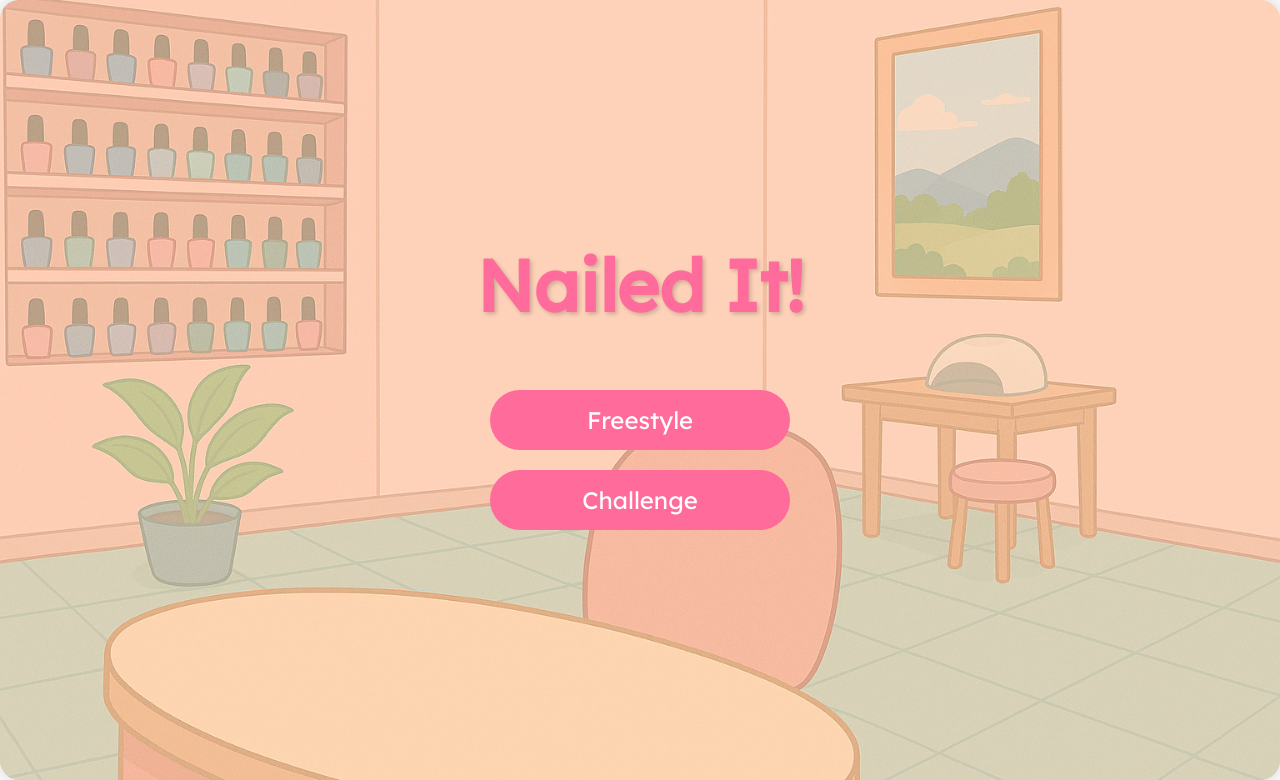
Repository: primcharlin/nailedit
Page: index.html
An editor plug-in stored every save of this project. The page is shown before and after the next save, followed by the edit.
The browser window is 1280 px wide. The pictures show the whole page.

Above is the page before, as saved 2025-05-05 22:51:23.

### index.html
<!DOCTYPE html>
<html lang="en">
    <head>
        <meta charset="UTF-8" />
        <meta
            name="viewport"
            content="width=device-width, initial-scale=1.0" />
        <title>Nail Salon Game</title>
        <link
            rel="stylesheet"
            href="styles.css" />
        <link
            href="https://fonts.googleapis.com/css2?family=Lexend&display=swap"
            rel="stylesheet" />
    </head>
    <body>
        <div id="game-container">
            <!-- Main Menu -->
            <div
                id="main-menu"
                class="menu">
                <h1>Nailed It!</h1>
                <button id="freestyle-button">Freestyle</button>
                <button id="challenge-button">Challenge</button>
            </div>

            <div
                id="character-selection"
                class="menu"
                style="display: none">
                <h1>Choose Your Character</h1>
                <div class="character-grid">
                    <div
                        class="character-option"
                        data-character="1">
                        <img
                            src="img/Avatar1.png"
                            alt="Character 1" />
                        <p>Emma</p>
                    </div>
                    <div
                        class="character-option"
                        data-character="2">
                        <img
                            src="img/Avatar2.png"
                            alt="Character 2" />
                        <p>Sophia</p>
                    </div>
                    <div
                        class="character-option"
                        data-character="3">
                        <img
                            src="img/Avatar3.png"
                            alt="Character 3" />
                        <p>Olivia</p>
                    </div>
                </div>
                <button id="back-to-mode">Back</button>
            </div>

            <!-- Game Area -->
            <div
                id="game-area"
                class="game-area"
                style="display: none">
                <!-- Character Display -->
                <div id="character-display"></div>

                <!-- Tools Panel will be created dynamically -->
                <div id="tools-panel"></div>

                <div id="hand">
                    <div
                        class="nail"
                        id="nail-1"></div>
                    <div
                        class="nail"
                        id="nail-2"></div>
                    <div
                        class="nail"
                        id="nail-3"></div>
                    <div
                        class="nail"
                        id="nail-4"></div>
                    <div
                        class="nail"
                        id="nail-5"></div>
                </div>

                <!-- Challenge Mode UI -->
                <div id="challenge-ui">
                    <h2>Reference Design</h2>
                    <div id="reference-image">
                        <div
                            class="reference-nail"
                            id="ref-nail-1"></div>
                        <div
                            class="reference-nail"
                            id="ref-nail-2"></div>
                        <div
                            class="reference-nail"
                            id="ref-nail-3"></div>
                        <div
                            class="reference-nail"
                            id="ref-nail-4"></div>
                        <div
                            class="reference-nail"
                            id="ref-nail-5"></div>
                    </div>
                    <div id="timer">60</div>
                </div>

                <!-- Controls -->
                <div id="controls">
                    <button
                        class="control-button"
                        id="reset-button">
                        Reset
                    </button>
                    <button
                        class="control-button"
                        id="back-button">
                        Main Menu
                    </button>
                    <button
                        class="control-button"
                        id="done-button">
                        Done
                    </button>
                </div>
            </div>

            <!-- Result Modal -->
            <div id="result-modal">
                <h2 id="result-title">Challenge Complete!</h2>
                <p id="result-message">You scored 85% match. Great job!</p>
                <div id="result-buttons">
                    <button
                        class="control-button"
                        id="try-again-button">
                        Try Again
                    </button>
                    <button
                        class="control-button"
                        id="menu-button">
                        Main Menu
                    </button>
                </div>
            </div>
        </div>

        <script src="script.js"></script>
    </body>
</html>

### styles.css
* {
    margin: 0;
    padding: 0;
    box-sizing: border-box;
    font-family: "Lexend", sans-serif;
}

body {
    background-color: white;
    display: flex;
    justify-content: center;
    align-items: center;
    min-height: 100vh;
    overflow: hidden;
}

h1 {
    font-family: "Lexend", sans-serif;
}

#game-container {
    width: 1300px;
    height: 780px;
    position: relative;
    background-image: url("img/background.png");
    background-size: cover;
    background-position: center;
    box-shadow: 0 0 20px rgba(0, 0, 0, 0.2);
    overflow: hidden;
    border-radius: 20px;
}

/* Main Menu */
#main-menu {
    position: absolute;
    width: 100%;
    height: 100%;
    display: flex;
    flex-direction: column;
    justify-content: center;
    align-items: center;
    background-color: rgba(255, 220, 187, 0.625);
    z-index: 100;
}

#main-menu h1 {
    font-size: 72px;
    color: #ff6b9a;
    margin-bottom: 50px;
    text-shadow: 2px 2px 4px rgba(0, 0, 0, 0.2);
}

.logo {
    width: 400px;
    height: auto;
    margin-bottom: 50px;
    transition: transform 0.3s ease;
}

.logo:hover {
    transform: scale(1.1);
}

#main-menu button {
    background-color: #ff6b9a;
    color: white;
    border: none;
    padding: 15px 30px;
    margin: 10px;
    font-size: 24px;
    border-radius: 30px;
    cursor: pointer;
    transition: all 0.3s ease;
    width: 300px;
}

#main-menu button:hover {
    background-color: #ff4d85;
    transform: scale(1.05);
}

/* Character Selection */
#character-selection {
    position: absolute;
    width: 100%;
    height: 100%;
    display: flex;
    flex-direction: column;
    justify-content: center;
    align-items: center;
    background-color: rgba(255, 255, 255, 0.3);
    z-index: 100;
}

#character-selection h1 {
    font-size: 48px;
    color: #ff6b9a;
    margin-bottom: 30px;
    text-shadow: 2px 2px 4px rgba(0, 0, 0, 0.2);
}

/* Game Area */
#game-area {
    display: none;
    width: 100%;
    height: 100%;
    position: relative;
    padding: 20px;
    overflow: hidden;
}

/* Horizontal Tools Panel */
.horizontal-tools-panel {
    position: absolute;
    top: 50%;
    right: 20px;
    transform: translateY(-50%);
    width: 100px;
    background-color: white;
    border-radius: 20px;
    padding: 15px;
    box-shadow: 0 0 15px rgba(0, 0, 0, 0.1);
    z-index: 10;
    display: flex;
    flex-direction: column;
    gap: 15px;
}

.category-button {
    width: 70px;
    height: 70px;
    display: flex;
    flex-direction: column;
    align-items: center;
    justify-content: center;
    padding: 10px;
    border-radius: 15px;
    cursor: pointer;
    transition: all 0.2s ease;
    background-color: #fff;
}

.category-button:hover {
    background-color: #ffdee7;
}

.category-button.active {
    background-color: #ffb8cb;
}

.category-icon {
    width: 40px;
    height: 40px;
    margin-bottom: 5px;
    background-size: contain;
    background-repeat: no-repeat;
    background-position: center;
}

.category-name {
    font-size: 12px;
    text-align: center;
    color: #333;
}

.options-container {
    position: absolute;
    right: 140px; /* Position to the left of the tools panel */
    top: 50%;
    transform: translateY(-50%);
    display: none;
    flex-direction: column;
    gap: 10px;
    background-color: white;
    padding: 15px;
    border-radius: 20px;
    box-shadow: 0 0 15px rgba(0, 0, 0, 0.1);
    max-height: 80vh;
    overflow-y: auto;
}

.option-item {
    width: 60px;
    height: 60px;
    display: flex;
    align-items: center;
    justify-content: center;
    border-radius: 10px;
    cursor: pointer;
    transition: all 0.2s ease;
    background-color: #fff;
    padding: 5px;
}

.option-item:hover {
    transform: scale(1.1);
    background-color: #ffdee7;
}

.option-item.selected {
    border: 3px solid #ff6b9a;
    background-color: #ffdee7;
}

.option-icon {
    width: 50px;
    height: 50px;
    background-size: contain;
    background-repeat: no-repeat;
    background-position: center;
}

.color-preview {
    width: 35px;
    height: 35px;
    border-radius: 50%;
}

.deco-preview {
    width: 35px;
    height: 35px;
    background-size: contain;
    background-repeat: no-repeat;
    background-position: center;
}

/* Character Display */
#character-display {
    position: absolute;
    top: 0;
    left: 0;
    width: 100%;
    height: 100%;
    z-index: 0;
    display: flex;
    justify-content: center;
    align-items: center;
    pointer-events: none;
}

#character-display img {
    max-width: 60%;
    max-height: 60%;
    object-fit: contain;
    transform: none;
}

/* Hand area */
#hand {
    position: absolute;
    bottom: 80px;
    left: 50%;
    transform: translateX(-50%);
    width: 720px;
    height: 200px;
    background-color: #ffebe7;
    border-radius: 100px;
    display: flex;
    justify-content: space-around;
    align-items: center;
    padding: 0 40px;
    z-index: 5;
}

.nail {
    position: relative;
    width: 72px;
    height: 108px;
    background-color: #ffdee7;
    border-radius: 36px 36px 0 0;
    cursor: pointer;
    z-index: 5;
    transition: all 0.2s ease;
}

#nail-1,
#nail-2,
#nail-3,
#nail-4,
#nail-5 {
    position: relative;
    transform: none;
    bottom: 0;
    left: 0;
}

.nail:hover {
    transform: translateY(-10px);
}

/* Decoration classes */
.glitter-gold {
    background-image: radial-gradient(circle, #ffdc73 10%, transparent 10%),
        radial-gradient(circle, #ffdc73 10%, transparent 10%);
    background-color: gold;
    background-size: 10px 10px;
    background-position: 0 0, 5px 5px;
}
.glitter-silver {
    background-image: radial-gradient(circle, #ffffff 10%, transparent 10%),
        radial-gradient(circle, #ffffff 10%, transparent 10%);
    background-color: silver;
    background-size: 10px 10px;
    background-position: 0 0, 5px 5px;
}
.glitter-rainbow {
    background-image: linear-gradient(
        45deg,
        red,
        orange,
        yellow,
        green,
        blue,
        indigo,
        violet
    );
}
.glitter-blue {
    background-image: radial-gradient(circle, #ffffff 10%, transparent 10%),
        radial-gradient(circle, #ffffff 10%, transparent 10%);
    background-color: #00ffff;
    background-size: 10px 10px;
    background-position: 0 0, 5px 5px;
}
.glitter-pink {
    background-image: radial-gradient(circle, #ffffff 10%, transparent 10%),
        radial-gradient(circle, #ffffff 10%, transparent 10%);
    background-color: #ff69b4;
    background-size: 10px 10px;
    background-position: 0 0, 5px 5px;
}

.pattern-stripes {
    background-image: repeating-linear-gradient(
        45deg,
        transparent,
        transparent 10px,
        #ff6b9a 10px,
        #ff6b9a 20px
    );
}
.pattern-dots {
    background-image: radial-gradient(circle, #ff6b9a 20%, transparent 20%),
        radial-gradient(circle, #ff6b9a 20%, transparent 20%);
    background-size: 20px 20px;
    background-position: 0 0, 10px 10px;
}
.pattern-zigzag {
    background-image: linear-gradient(135deg, #ff6b9a 25%, transparent 25%) 0 0,
        linear-gradient(225deg, #ff6b9a 25%, transparent 25%) 0 0,
        linear-gradient(315deg, #ff6b9a 25%, transparent 25%) 0 0,
        linear-gradient(45deg, #ff6b9a 25%, transparent 25%) 0 0;
    background-size: 20px 20px;
}
.pattern-leopard {
    background-image: radial-gradient(
        ellipse,
        #000000 0%,
        #000000 30%,
        transparent 30%
    );
    background-size: 30px 30px;
    background-repeat: repeat;
}
.pattern-marble {
    background-image: linear-gradient(
            to right,
            rgba(255, 255, 255, 0.1),
            rgba(255, 255, 255, 0.5)
        ),
        linear-gradient(120deg, rgba(0, 0, 0, 0.1), rgba(0, 0, 0, 0.3));
}

.sticker-heart:after {
    content: "❤";
    font-size: 40px;
    color: red;
    display: flex;
    justify-content: center;
    align-items: center;
    height: 100%;
}
.sticker-star:after {
    content: "★";
    font-size: 40px;
    color: gold;
    display: flex;
    justify-content: center;
    align-items: center;
    height: 100%;
}
.sticker-flower:after {
    content: "✿";
    font-size: 40px;
    color: #ff6b9a;
    display: flex;
    justify-content: center;
    align-items: center;
    height: 100%;
}
.sticker-butterfly:after {
    content: "🦋";
    font-size: 40px;
    display: flex;
    justify-content: center;
    align-items: center;
    height: 100%;
}
.sticker-diamond:after {
    content: "💎";
    font-size: 40px;
    display: flex;
    justify-content: center;
    align-items: center;
    height: 100%;
}

.gem-round:after {
    content: "";
    position: absolute;
    top: 50%;
    left: 50%;
    transform: translate(-50%, -50%);
    width: 20px;
    height: 20px;
    background-color: #00ffff;
    border-radius: 50%;
    box-shadow: 0 0 5px #00ffff, 0 0 10px #00ffff;
}
.gem-square:after {
    content: "";
    position: absolute;
    top: 50%;
    left: 50%;
    transform: translate(-50%, -50%);
    width: 20px;
    height: 20px;
    background-color: #ff00ff;
    box-shadow: 0 0 5px #ff00ff, 0 0 10px #ff00ff;
}
.gem-teardrop:after {
    content: "";
    position: absolute;
    top: 50%;
    left: 50%;
    transform: translate(-50%, -50%) rotate(45deg);
    width: 15px;
    height: 25px;
    background-color: #4169e1;
    border-radius: 50% 50% 50% 0;
    box-shadow: 0 0 5px #4169e1, 0 0 10px #4169e1;
}
.gem-heart:after {
    content: "❤";
    font-size: 25px;
    color: #ff0000;
    display: flex;
    justify-content: center;
    align-items: center;
    height: 100%;
    text-shadow: 0 0 5px #ff0000, 0 0 10px #ff0000;
}
.gem-star:after {
    content: "★";
    font-size: 25px;
    color: #ffd700;
    display: flex;
    justify-content: center;
    align-items: center;
    height: 100%;
    text-shadow: 0 0 5px #ffd700, 0 0 10px #ffd700;
}

/* Challenge Mode UI */
#challenge-ui {
    display: none;
    position: absolute;
    top: 50%;
    left: 20px;
    transform: translateY(-50%);
    width: 240px;
    background-color: white;
    border-radius: 20px;
    padding: 20px;
    box-shadow: 0 0 15px rgba(0, 0, 0, 0.1);
    z-index: 10;
}

#reference-image {
    width: 100%;
    height: 180px;
    background-color: #ffdee7;
    margin-bottom: 20px;
    border: 1px solid #ddd;
    border-radius: 10px;
    display: flex;
    justify-content: center;
    align-items: center;
    gap: 10px;
}

#timer {
    font-size: 32px;
    text-align: center;
    margin-bottom: 20px;
    color: #ff6b9a;
}

/* UI Controls */
#controls {
    position: absolute;
    bottom: 24px;
    left: 50%;
    transform: translateX(-50%);
    display: flex;
    gap: 24px;
    z-index: 10;
}

.control-button {
    background-color: #ff6b9a;
    color: white;
    border: none;
    padding: 12px 24px;
    font-size: 21.6px;
    border-radius: 24px;
    cursor: pointer;
    transition: all 0.3s ease;
}

.control-button:hover {
    background-color: #ff4d85;
}

/* Modal for results */
#result-modal {
    display: none;
    position: absolute;
    top: 50%;
    left: 50%;
    transform: translate(-50%, -50%);
    width: 400px;
    background-color: white;
    border-radius: 20px;
    padding: 30px;
    box-shadow: 0 0 30px rgba(0, 0, 0, 0.3);
    text-align: center;
    z-index: 200;
}

#result-title {
    font-size: 36px;
    margin-bottom: 20px;
    color: #ff6b9a;
}

#result-message {
    font-size: 20px;
    margin-bottom: 30px;
}

#result-buttons {
    display: flex;
    justify-content: center;
    gap: 20px;
}

/* Reference nails for challenge mode */
.reference-nail {
    width: 25px;
    height: 38px;
    background-color: #ffdee7;
    border-radius: 12px 12px 0 0;
    display: inline-block;
}

.character-grid {
    display: grid;
    grid-template-columns: repeat(3, 1fr);
    gap: 30px;
    margin: 30px 0;
}

.character-option {
    display: flex;
    flex-direction: column;
    align-items: center;
    padding: 20px;
    border: 2px solid #ff6b9a;
    border-radius: 15px;
    cursor: pointer;
    transition: transform 0.2s, box-shadow 0.2s;
    background-color: rgba(255, 255, 255, 0.8);
}

.character-option:hover {
    transform: scale(1.05);
    box-shadow: 0 0 15px rgba(255, 107, 154, 0.3);
}

.character-option img {
    width: 150px;
    height: 150px;
    object-fit: cover;
    border-radius: 15px;
    margin-bottom: 15px;
    border: solid 2px #ff6b9a;
}

.character-option p {
    margin: 0;
    font-size: 1.5em;
    color: #333;
}

#back-to-mode {
    margin-top: 20px;
    padding: 10px 20px;
    background-color: #ff6b9a;
    color: white;
    border: none;
    border-radius: 5px;
    cursor: pointer;
    font-size: 1em;
    transition: background-color 0.2s;
}

#back-to-mode:hover {
    background-color: #ff4d8a;
}

Loaded but not shown: script.js (709 lines, source omitted)

After the next save:
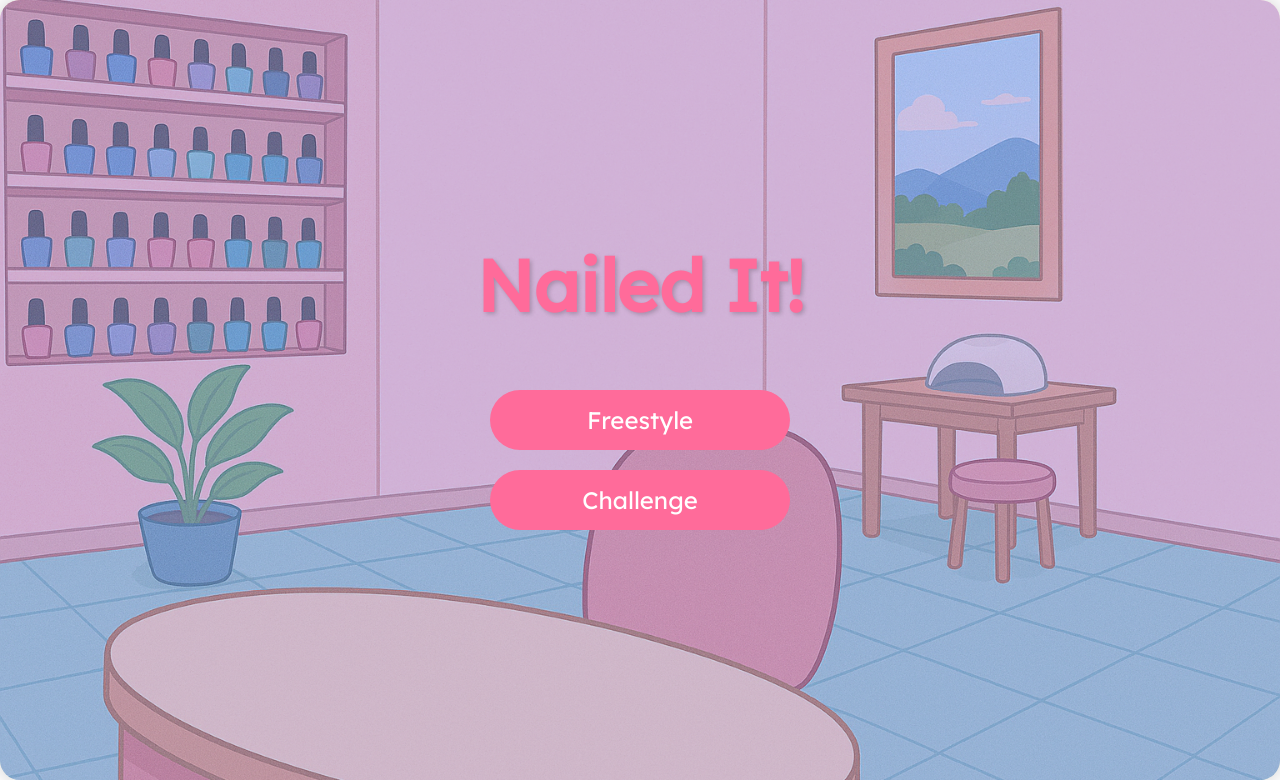
Saved 9 s later.
--- a/styles.css
+++ b/styles.css
@@ -39,7 +39,7 @@ h1 {
     flex-direction: column;
     justify-content: center;
     align-items: center;
-    background-color: rgba(255, 220, 187, 0.625);
+    background-color: rgba(148, 157, 255, 0.428);
     z-index: 100;
 }
 
